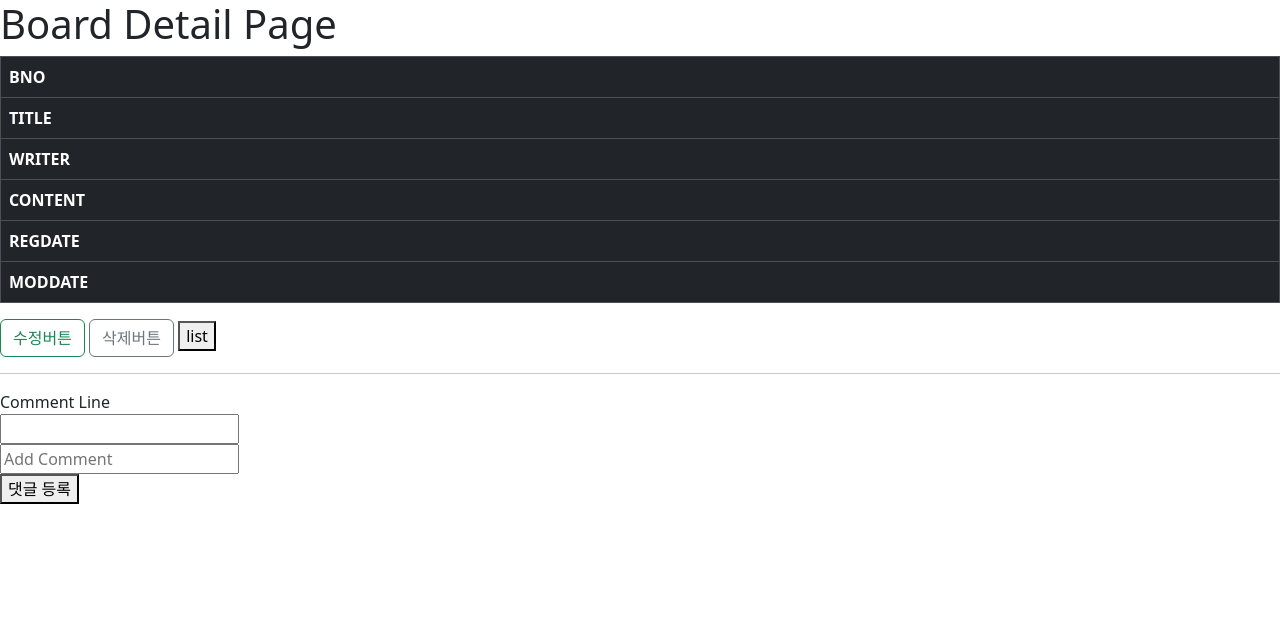
Repository: gatsby5959/_myjsp_workspace_paging_com_2
Page: http://localhost/myjsp_project/board/detail.jsp
The author's editor kept a copy of each file at every save. The page is drawn from the files as they stood at one save, then again after the next save.
The browser window is 1280 px wide. The pictures show the whole page.
The page is served by Tomcat 9. Other server files are loaded and not shown. The template is opened directly, without the code that normally fills it, so the values that code supplies are empty.

Above is the page before, as saved 2023-09-24 08:48:17.

### myjsp_project/src/main/webapp/board/detail.jsp
<%@ page language="java" contentType="text/html; charset=UTF-8"
    pageEncoding="UTF-8"%>
<%@ taglib prefix = "c" uri = "http://java.sun.com/jsp/jstl/core" %>
<!DOCTYPE html>
<html>
<head>
<meta charset="UTF-8">
<title>detail.jsp입니다.</title>
<link href="https://cdn.jsdelivr.net/npm/bootstrap@5.3.1/dist/css/bootstrap.min.css" rel="stylesheet" integrity="sha384-4bw+/aepP/YC94hEpVNVgiZdgIC5+VKNBQNGCHeKRQN+PtmoHDEXuppvnDJzQIu9" crossorigin="anonymous">
<script src="https://cdn.jsdelivr.net/npm/bootstrap@5.3.1/dist/js/bootstrap.bundle.min.js" integrity="sha384-HwwvtgBNo3bZJJLYd8oVXjrBZt8cqVSpeBNS5n7C8IVInixGAoxmnlMuBnhbgrkm" crossorigin="anonymous"></script>
</head>
<body>
<h1>Board Detail Page</h1>
	<%-- - 컨트롤러 detail case에서 bvo를 셋 request에 이미 해주었음 그걸 여기서 이렇게 뽑아서 씀 ${bvo.image_File ${bvo.bno} --%>
	<c:if test="${bvo.image_File ne '' && bvo.image_File ne null}">
		<div>
			<img src="/_fileUpload/${bvo.image_File}" alt="NO Image!!">
		</div>
	</c:if>

	<table border=1 class="table table-dark">
		<tr>
			<th>BNO</th>
			<th>${bvo.bno}</th>
		</tr>
		<tr>
			<th>TITLE</th>
			<th>${bvo.title}</th>
		</tr>
		<tr>
			<th>WRITER</th>
			<th>${bvo.writer}</th>
		</tr>
		<tr>
			<th>CONTENT</th>
			<th>${bvo.content}</th>
		</tr>
		<tr>
			<th>REGDATE</th>
			<th>${bvo.regdate}</th>
		</tr>
		<tr>
			<th>MODDATE</th>
			<th>${bvo.moddate}</th>
		</tr>
	</table>

	<%--아이디가 맞으면 보이게 처리--%>
	<c:if test="${ses.id eq bvo.writer}">
		<a href="/brd/modify?bno=${bvo.bno}"><button class="btn btn-outline-success">수정버튼</button></a>
		<a href="/brd/remove?bno=${bvo.bno}"><button class="btn btn-outline-secondary">삭제버튼</button></a>
	</c:if>

	<a href="/brd/pageList"><button type="button">list</button></a>

	<hr>

	<!-- 댓글 등록 라인 -->
	<div>
		Comment Line<br>
		<input type="text" id="cmtWriter" value="${ses.id}" readonly="readonly"><br>
		<input type="text" id="cmtText" placeholder="Add Comment"><br>
		<button type=button id = "cmtAddBtn">댓글 등록</button>
	</div>

	<br>

	<!-- 댓글표시라인 -->  <!-- https://getbootstrap.com/docs/5.3/components/accordion/ --> <!-- https://getbootstrap.com/docs/5.3/getting-started/download/ -->
	<div class="accordion" id="accordionExcample">

	</div>
</body>
</html>

After the next save:
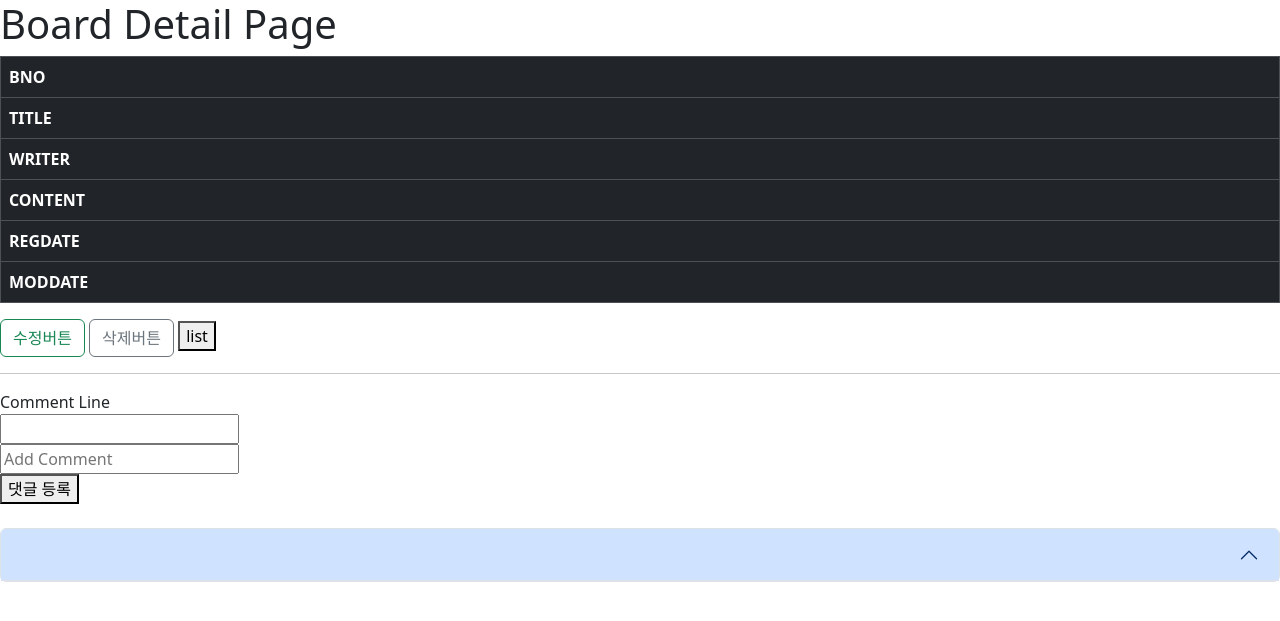
Saved 85 min 34 s later.
--- a/myjsp_project/src/main/webapp/board/detail.jsp
+++ b/myjsp_project/src/main/webapp/board/detail.jsp
@@ -66,8 +66,14 @@
 	<br>
 
 	<!-- 댓글표시라인 -->  <!-- https://getbootstrap.com/docs/5.3/components/accordion/ --> <!-- https://getbootstrap.com/docs/5.3/getting-started/download/ -->
-	<div class="accordion" id="accordionExcample">
-
+	<div class="accordion" id="accordionExcample   ">
+	<!-- 댓글 아이템 1개 -->
+		<div class="accordion-item">
+			<h2 class="accordion-header">
+				<button class="accordion-button" type="button" data-bs-toggle="collapse" data-bs-target="#collapseOne" aria-expanded="true" aria-controls="collapseOne">
+				</button>
+			</h2>
+		</div>
 	</div>
 </body>
 </html>
